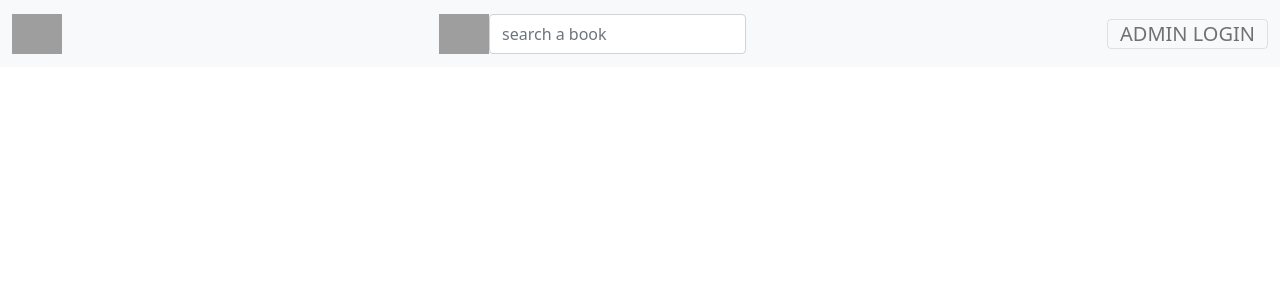
Repository: dilaraozdem1r/BooksApp
Page: /
The author's editor kept a copy of each file at every save. The page is drawn from the files as they stood at one save, then again after the next save.
The browser window is 1280 px wide. The pictures show the whole page.
Pictures or frames that could not be fetched are drawn as grey boxes. The page's requests for data from a server got no answer. The project was rebuilt for these pictures with package versions that can differ from the ones it lists, and the page was loaded fresh each time. No one was signed in, and anything a server would have sent is missing. Also part of the build but not shown: src/Components/User.js.

Above is the page before, as saved 2021-08-19 18:25:07.

After the next save:
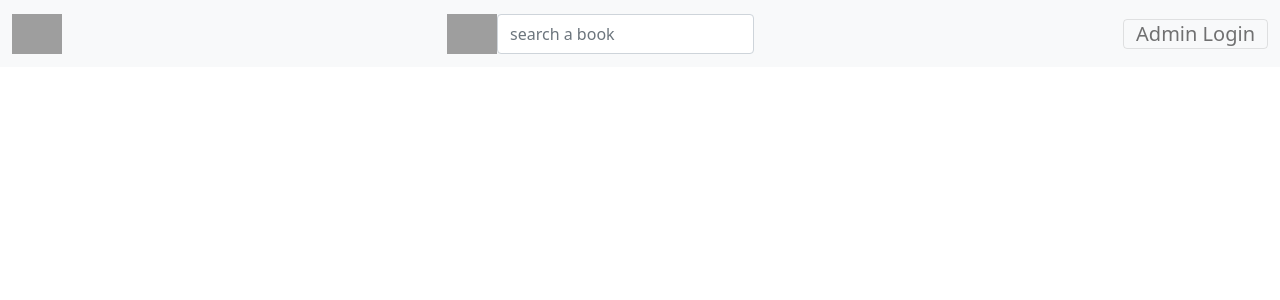
Saved 2 min 4 s later.
--- a/src/Components/App.js
+++ b/src/Components/App.js
@@ -48,7 +48,7 @@ class App extends React.Component {
     </a>
     <SearchBar search={this.searchMovie} />
     <div>
-      <button class="navbar-toggler" type="button" data-bs-toggle="collapse" data-bs-target="#navbarSupportedContent" aria-controls="navbarSupportedContent" aria-expanded="false" aria-label="Toggle navigation">ADMIN LOGIN</button>
+      <button class="navbar-toggler" type="button" data-bs-toggle="collapse" data-bs-target="#navbarSupportedContent" aria-controls="navbarSupportedContent" aria-expanded="false" aria-label="Toggle navigation">Admin Login</button>
     </div>
 
 
